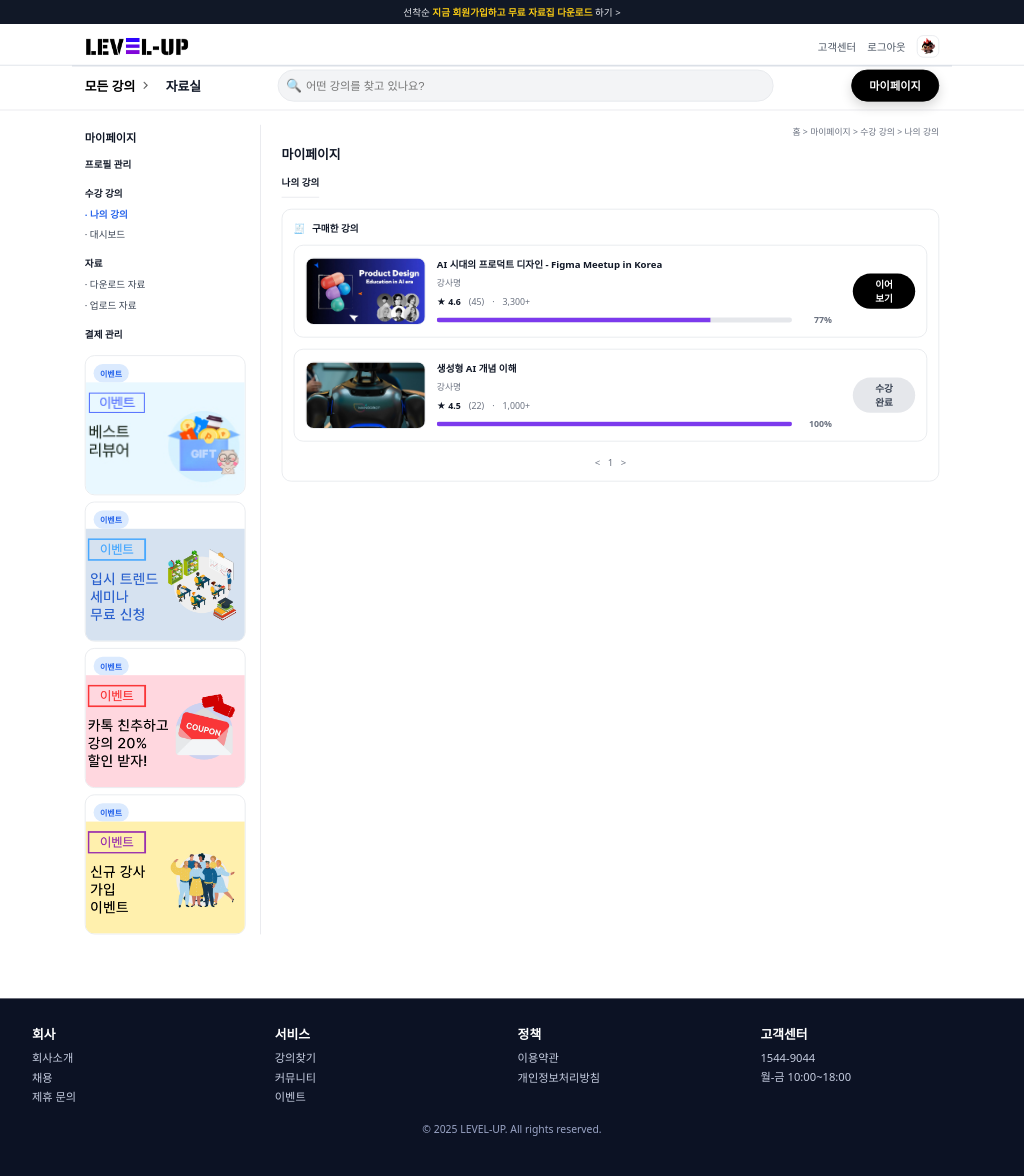
Repository: Iimchaehoon/level_up
Page: mypage.html
An editor plug-in stored every save of this project. The page is shown before and after the next save, followed by the edit.
The browser window is 1280 px wide. The pictures show the whole page, at 80% of full size.

Above is the page before, as saved 2025-12-16 23:20:49.

### mypage.html
<!doctype html>
<html lang="ko">
<head>
  <meta charset="UTF-8" />
  <meta name="viewport" content="width=device-width,initial-scale=1" />
  <title>마이페이지 | LEVEL-UP</title>

  <link rel="stylesheet" href="styles.css" />

  <style>
    :root{
      --gray-50:#f9fafb; --gray-100:#f3f4f6; --gray-200:#e5e7eb; --gray-300:#d1d5db;
      --gray-400:#9ca3af; --gray-500:#6b7280; --gray-600:#4b5563; --gray-700:#374151;
      --black:#111827; --primary:#2563eb;
    }
    *{ box-sizing:border-box; }
    body{ margin:0; font-family:"Noto Sans KR",system-ui,-apple-system,BlinkMacSystemFont,"Segoe UI",sans-serif; background:#fff; color:var(--black); }
    a{ color:inherit; text-decoration:none; }
    img{ max-width:100%; display:block; }
    button{ font-family:inherit; }

    /* ✅ 커서 */
    .brand,.nav-util,.menu-title,.profile-avatar,.mypage-btn{ cursor:pointer; }

    /* ───────── 상단 공지 ───────── */
    .topbar{ background:#111827; color:#e5e7eb; font-size:12px; text-align:center; padding:6px 16px; }
    .topbar strong{ color:#facc15; font-weight:600; }

    /* ───────── 헤더(네가 준 구조 그대로) ───────── */
    .header{ background:#fff; border-bottom:1px solid var(--gray-200); position:sticky; top:0; z-index:20; }
    .header-top{
      display:flex; align-items:center; justify-content:space-between;
      max-width:1100px; margin:0 auto; padding:8px 16px 4px;
    }
    .brand{ font-size:22px; font-weight:800; letter-spacing:-0.06em; }
    .brand__e{
      display:inline-block;
      background:linear-gradient(120deg,#7b5cff,#ff4bff);
      -webkit-background-clip:text; color:transparent;
    }
    .header-top__right{ display:flex; align-items:center; gap:14px; font-size:13px; }
    .nav-util{ color:var(--gray-600); }
    .profile-avatar{
      width:28px; height:28px; border-radius:8px; object-fit:cover; border:1px solid var(--gray-200);
    }

    .header-bottom{
      display:grid;
      grid-template-columns:auto minmax(260px,1fr) auto;
      align-items:center; gap:16px;
      max-width:1100px; margin:0 auto;
      padding:4px 16px 10px;
      border-top:1px solid rgba(148,163,184,.35);
    }
    .header-bottom__left{ display:flex; align-items:center; gap:16px; }
    .menu-title{
      background:none; border:none; padding:6px 0; font:inherit;
      font-weight:600; display:inline-flex; align-items:center; gap:4px;
    }
    .menu-title:hover{ color:var(--primary); }

    .header-bottom__center{ display:flex; justify-content:center; }
    .header-bottom__right{ display:flex; justify-content:flex-end; }

    .nav__search{ position:relative; max-width:620px; width:100%; }
    .nav__search input{
      width:100%;
      padding:11px 14px 11px 34px;
      border-radius:999px;
      border:1px solid var(--gray-200);
      background:var(--gray-100);
      font-size:14px;
    }
    .icon-search{
      position:absolute; left:10px; top:50%; transform:translateY(-50%);
      font-size:16px; color:var(--gray-600);
      cursor:default;
    }

    .menu-toggle-icon{
      width:18px; height:18px;
      background-image:url("./assets/Button_1.png");
      background-size:contain; background-repeat:no-repeat; background-position:center;
      transform:rotate(0deg);
      transform-origin:center;
      transition:transform .15s ease;
    }
    .menu-toggle-icon.open{ transform:rotate(90deg); }

    .btn{
      border-radius:12px;
      border:1px solid transparent;
      padding:10px 16px;
      font-weight:600;
      cursor:pointer;
      background:#fff;
      color:var(--black);
      transition:all .2s ease;
    }
    .btn.mypage-btn{
      border-radius:999px;
      background:#000;
      color:#fff;
      padding:9px 22px;
      font-size:14px;
      border:1px solid #000;
    }
/* ✅ 마이페이지 버튼: 은은한 입체감 + 자연스러운 hover/active */
.btn.mypage-btn{
  box-shadow: 0 6px 14px rgba(0,0,0,0.16);
  transition: background-color .18s ease, box-shadow .18s ease, transform .18s ease;
}

.btn.mypage-btn:hover{
  background: rgba(0,0,0,0.86);          /* 너무 밝게 안 바뀌게 */
  box-shadow: 0 8px 18px rgba(0,0,0,0.18);
  transform: translateY(-1px);           /* 아주 살짝만 */
}

.btn.mypage-btn:active{
  background: rgba(0,0,0,0.78);
  box-shadow: 0 4px 10px rgba(0,0,0,0.14);
  transform: translateY(1px);            /* 눌림 느낌 */
}
/* 마이페이지 버튼: 마우스 오버 시 포인터 */
.btn.mypage-btn{
  cursor: pointer;
}

    /* 드롭다운 */
    .nav-dropdown{
      display:none;
      position:absolute;
      top:0; left:0;
      background:#fff;
      border-radius:18px;
      box-shadow:0 20px 40px rgba(15,23,42,.18);
      padding:10px 0;
      min-width:260px;
      z-index:30;
    }
    .nav-dropdown__list{ list-style:none; margin:0; padding:0; }
    .nav-dropdown__item{
      display:flex; align-items:center; gap:10px;
      padding:8px 16px; font-size:14px; white-space:nowrap;
      cursor:pointer;
    }
    .nav-dropdown__item + .nav-dropdown__item{ border-top:1px solid var(--gray-200); }
    .nav-dropdown__item:hover{ background:var(--gray-50); }
    .nav-dropdown__icon{ width:22px; height:22px; object-fit:contain; }

    /* ───────── 마이페이지 레이아웃 ───────── */
    .mypage-wrap{
      max-width:1100px;
      margin:0 auto;
      padding:18px 16px 80px;
      display:grid;
      grid-template-columns:220px 1fr;
      gap:26px;
    }
    .side{ border-right:1px solid var(--gray-200); padding-right:18px; }
    .side__title{ font-size:14px; font-weight:900; margin:6px 0 14px; }
    .side__group{ margin-bottom:18px; }
    .side__group h4{ margin:0 0 8px; font-size:12px; font-weight:900; color:var(--black); }
    .side__links{ display:flex; flex-direction:column; gap:8px; font-size:12px; }
    .side__links a{ color:var(--gray-700); }
    .side__links a.active{ color:var(--primary); font-weight:900; }

    /* ✅ 광고(lecture/img5~img8) — 꽉 차게 */
    .side__cards    {
      margin-top: 5px;
      display: flex;
      flex-direction: column;
      gap: 8px;
    }

    .sidebar-events img {
      border-radius: 4px;
      cursor: pointer;
    }
    .evt{ border:1px solid var(--gray-200); border-radius:12px; overflow:hidden; background:#fff; }
    .evt__badge{
      display:inline-block;
      font-size:10px; font-weight:900;
      padding:4px 8px;
      background:#dbeafe; color:var(--primary);
      border-radius:999px;
      margin:10px 10px 0;
    }
    .evt img{
      width:100%;
      height:140px;         /* ✅ 캡처처럼 카드 높이 고정 */
      object-fit:cover;     /* ✅ 꽉 차게 */
      display:block;
    }

    .main__crumb{ font-size:11px; color:var(--gray-500); text-align:right; margin:0 0 8px; }
    .main__title{ font-size:16px; font-weight:900; margin:6px 0 14px; }
    .tab-title{
      font-size:12px; font-weight:900;
      margin:0 0 14px; padding-bottom:10px;
      border-bottom:1px solid var(--gray-200);
      width:fit-content;
    }
    .block{ border:1px solid var(--gray-200); border-radius:12px; padding:14px; background:#fff; }
    .block__head{ display:flex; align-items:center; gap:8px; font-size:12px; font-weight:900; margin-bottom:12px; }

    .course-list{ display:flex; flex-direction:column; gap:14px; }
    .course-card{
      border:1px solid var(--gray-200);
      border-radius:12px;
      padding:14px;
      display:grid;
      grid-template-columns:150px 1fr 90px;
      gap:14px;
      align-items:center;
      background:#fff;
    }
    .course-thumb{
      width:150px; height:84px;
      border-radius:10px; overflow:hidden;
      border:1px solid var(--gray-200);
      background:var(--gray-100);
    }
    .course-thumb img{ width:100%; height:100%; object-fit:cover; }
    .course-info .course-name{ font-size:12px; font-weight:900; margin:0 0 6px; }
    .course-info .teacher{ font-size:11px; color:var(--gray-500); margin:0 0 8px; }
    .meta-row{ display:flex; align-items:center; gap:10px; font-size:11px; color:var(--gray-500); margin-bottom:8px; }
    .stars{ color:var(--black); font-weight:900; }
    .progress-row{ display:flex; align-items:center; gap:10px; }
    .progress{ flex:1; height:6px; background:var(--gray-200); border-radius:999px; overflow:hidden; }
    .progress > span{ display:block; height:100%; background:#7c3aed; }
    .pct{ font-size:11px; color:var(--gray-500); width:40px; text-align:right; font-weight:900; }
    .course-action{ display:flex; justify-content:flex-end; }
    .btn-action{
      width:78px; height:44px;
      border-radius:999px; border:none;
      cursor:pointer; font-size:12px; font-weight:900;
    }
    .btn-action.black{ background:#000; color:#fff; }
    .btn-action.gray{ background:var(--gray-200); color:var(--gray-700); }
    .pager{ margin-top:18px; text-align:center; font-size:12px; color:var(--gray-500); user-select:none; }

    @media (max-width: 980px){
      .mypage-wrap{ grid-template-columns:1fr; }
      .side{ border-right:none; padding-right:0; }
      .course-card{ grid-template-columns:120px 1fr; grid-template-rows:auto auto; }
      .course-action{ grid-column:1 / -1; justify-content:flex-end; }
      .course-thumb{ width:120px; height:72px; }
    }
    /* ✅ 구매한 강의 카드: hover/active 효과 + 클릭 커서 */
.course-card{
  cursor: pointer;
  transition: transform .18s ease, box-shadow .18s ease, border-color .18s ease;
}
.course-card:hover{
  transform: translateY(-3px);
  box-shadow: 0 12px 24px rgba(15,23,42,.08);
  border-color: var(--gray-300);
}
.course-card:active{
  transform: translateY(-1px);
}

/* 카드 안 버튼은 카드 클릭과 분리 */
.course-card .btn-action{ cursor: pointer; }
/* 구매한 강의 카드: 기본 */
.course-card{
  cursor: pointer;
}

/* hover는 기존 유지 */

/* ✅ 클릭(active) 시 파란 아웃라인만 */
.course-card:active{
  outline: 2px solid var(--primary);
  outline-offset: -2px;
}
.footer {
  background: #0c1224;
  color: #c7cee1;
  padding: 32px 24px 50px;
}

.footer__links {
  max-width: 1200px;
  margin: 0 auto 18px;
  display: grid;
  grid-template-columns: repeat(auto-fit, minmax(180px, 1fr));
  gap: 14px;
}

.footer h4 {
  margin: 0 0 8px;
  color: #ffffff;
}

.footer a {
  display: block;
  margin: 4px 0;
  font-size: 14px;
}

.footer__copy {
  margin: 0;
  text-align: center;
  font-size: 13px;
  color: #9ca6c7;
}
  </style>
</head>

<body>
  <div class="topbar">
    선착순 <strong>지금 회원가입하고 무료 자료집 다운로드</strong> 하기 &gt;
  </div>

  <!-- ✅ 헤더: 네가 준 구조 그대로 -->
  <header class="header">
    <div class="header-top">
      <div class="header-top__left">
         <a href="index.html" class="brand" id="brandLogo">
  <img src="./assets/top_logo.png" alt="LEVEL-UP" width="130" height="40">
</a>

      </div>
      <div class="header-top__right header-top__right--authed">
        <span class="nav-util">고객센터</span>
        <span class="nav-util">로그아웃</span>
        <img class="profile-avatar" src="./assets/ddd_thumbnail.png" alt="프로필" />
      </div>
    </div>

    <div class="header-bottom">
      <div class="header-bottom__left">
        <button class="menu-title has-dropdown" id="allLecturesBtn" type="button">
          <span>모든 강의</span>
          <span class="menu-toggle-icon" id="menuToggleIcon" aria-hidden="true"></span>
        </button>
        <a class="menu-title" href="./board_free.html">자료실</a>
      </div>

      <div class="header-bottom__center">
        <div class="nav__search">
          <span class="icon-search">🔍</span>
          <input type="text" placeholder="어떤 강의를 찾고 있나요?" />
        </div>
      </div>

      <div class="header-bottom__right">
        <button class="btn mypage-btn" type="button" data-nav="mypage">마이페이지</button>
      </div>
    </div>

    <div class="nav-dropdown" id="navDropdown">
      <ul class="nav-dropdown__list">
        <li class="nav-dropdown__item js-go-ai-basic">
          <img src="./assets/9342101 1.png" alt="" class="nav-dropdown__icon" />
          <span>AI 기초 이해 · 리터러시</span>
        </li>
        <li class="nav-dropdown__item">
          <img src="./assets/9a04e59f-39b9-42de-9d05-d933becf10b4 1.png" alt="" class="nav-dropdown__icon" />
          <span>업무 효율 향상</span>
        </li>
        <li class="nav-dropdown__item">
          <img src="./assets/son-eul-jabgo-huinsaeg-baegyeong-3d-geulim-e-keullibbodeue-chekeuliseuteu-sincheongseo-munseo-jagseong (1) 1.png" alt="" class="nav-dropdown__icon" />
          <span>교육 자료 제작</span>
        </li>
        <li class="nav-dropdown__item">
          <img src="./assets/9731562 1.png" alt="" class="nav-dropdown__icon" />
          <span>원생 관리</span>
        </li>
        <li class="nav-dropdown__item">
          <img src="./assets/10316159 1.png" alt="" class="nav-dropdown__icon" />
          <span>상담 업무</span>
        </li>
        <li class="nav-dropdown__item">
          <img src="./assets/63624731-5ef5-4ba4-8c7f-82a551538336 1.png" alt="" class="nav-dropdown__icon" />
          <span>강의 기획 · 교육 설계</span>
        </li>
        <li class="nav-dropdown__item">
          <img src="./assets/9d016f34-375d-4ba7-8c87-c7b0c5c7740b 1.png" alt="" class="nav-dropdown__icon" />
          <span>강의 홍보 · 피드백</span>
        </li>
        <li class="nav-dropdown__item">
          <img src="./assets/04f8dee7-4018-491e-96a9-dbf9a50d942b 1.png" alt="" class="nav-dropdown__icon" />
          <span>자료 · 로고 디자인</span>
        </li>
        <li class="nav-dropdown__item">
          <img src="./assets/11591525 1.png" alt="" class="nav-dropdown__icon" />
          <span>창업 · 수익화</span>
        </li>
      </ul>
    </div>
  </header>

  <main class="mypage-wrap">
    <aside class="side">
      <div class="side__title">마이페이지</div>

      <div class="side__group"><h4>프로필 관리</h4></div>

      <div class="side__group">
        <h4>수강 강의</h4>
        <div class="side__links">
          <a href="#" class="active">· 나의 강의</a>
          <a href="#">· 대시보드</a>
        </div>
      </div>

      <div class="side__group">
        <h4>자료</h4>
        <div class="side__links">
          <a href="#">· 다운로드 자료</a>
          <a href="#">· 업로드 자료</a>
        </div>
      </div>

      <div class="side__group"><h4>결제 관리</h4></div>

      <!-- ✅ 광고: 네가 말한 lecture 폴더 기준(img5~img8) -->
      <div class="side__cards">
        <div class="evt"><span class="evt__badge">이벤트</span><img src="./lecture/img5.png" alt="이벤트 1" /></div>
        <div class="evt"><span class="evt__badge">이벤트</span><img src="./lecture/img6.png" alt="이벤트 2" /></div>
        <div class="evt"><span class="evt__badge">이벤트</span><img src="./lecture/img7.png" alt="이벤트 3" /></div>
        <div class="evt"><span class="evt__badge">이벤트</span><img src="./lecture/img8.png" alt="이벤트 4" /></div>
      </div>
    </aside>

    <section class="main">
      <div class="main__crumb">홈 &gt; 마이페이지 &gt; 수강 강의 &gt; 나의 강의</div>

      <div class="main__title">마이페이지</div>
      <div class="tab-title">나의 강의</div>

      <div class="block">
        <div class="block__head"><span aria-hidden="true">🧾</span> 구매한 강의</div>

        <div class="course-list">
          <div class="course-card">
            <div class="course-thumb"><img src="./my/334312.gif.mp4.png" alt="강의 썸네일" /></div>
            <div class="course-info">
              <p class="course-name">AI 시대의 프로덕트 디자인 - Figma Meetup in Korea</p>
              <p class="teacher">강사명</p>
              <div class="meta-row"><span class="stars">★ 4.6</span><span>(45)</span><span>·</span><span>3,300+</span></div>
              <div class="progress-row">
                <div class="progress"><span style="width:77%"></span></div>
                <div class="pct">77%</div>
              </div>
            </div>
            <div class="course-action"><button class="btn-action black" type="button">이어<br/>보기</button></div>
          </div>

          <div class="course-card">
            <div class="course-thumb"><img src="./my/생성형 AI 개념 이해.png" alt="강의 썸네일" /></div>
            <div class="course-info">
              <p class="course-name">생성형 AI 개념 이해</p>
              <p class="teacher">강사명</p>
              <div class="meta-row"><span class="stars">★ 4.5</span><span>(22)</span><span>·</span><span>1,000+</span></div>
              <div class="progress-row">
                <div class="progress"><span style="width:100%"></span></div>
                <div class="pct">100%</div>
              </div>
            </div>
            <div class="course-action"><button class="btn-action gray" type="button">수강<br/>완료</button></div>
          </div>
        </div>

        <div class="pager">&lt; &nbsp; 1 &nbsp; &gt;</div>
      </div>
    </section>
  </main>
<footer class="footer">
    <div class="footer__links">
      <div>
        <h4>회사</h4>
        <a href="#">회사소개</a>
        <a href="#">채용</a>
        <a href="#">제휴 문의</a>
      </div>
      <div>
        <h4>서비스</h4>
        <a href="#">강의찾기</a>
        <a href="#">커뮤니티</a>
        <a href="#">이벤트</a>
      </div>
      <div>
        <h4>정책</h4>
        <a href="#">이용약관</a>
        <a href="#">개인정보처리방침</a>
      </div>
      <div>
        <h4>고객센터</h4>
        <a href="tel:1544-9044">1544-9044</a>
        <a href="#">월-금 10:00~18:00</a>
      </div>
    </div>
    <p class="footer__copy">© 2025 LEVEL-UP. All rights reserved.</p>
  </footer>

  <script defer src="./js/nav.js"></script>
  <script>
    // ✅ 마이페이지 버튼 공통 이동
    document.addEventListener("click", (e) => {
      const btn = e.target.closest('[data-nav="mypage"]');
      if (!btn) return;
      window.location.href = "mypage.html";
    });

    // ✅ "모든 강의" 드롭다운
    const allLecturesBtn = document.getElementById("allLecturesBtn");
    const navDropdown = document.getElementById("navDropdown");
    const menuToggleIcon = document.getElementById("menuToggleIcon");
    let open = false;

    allLecturesBtn?.addEventListener("click", (e) => {
      e.stopPropagation();
      open = !open;
      navDropdown.style.display = open ? "block" : "none";
      menuToggleIcon.classList.toggle("open", open);

      // 헤더 아래줄 기준으로 드롭다운 위치 맞춤
      const rect = allLecturesBtn.getBoundingClientRect();
      navDropdown.style.top = (rect.bottom + window.scrollY + 6) + "px";
      navDropdown.style.left = (rect.left + window.scrollX) + "px";
    });

    document.addEventListener("click", (e) => {
      if (!open) return;
      if (!navDropdown.contains(e.target) && !allLecturesBtn.contains(e.target)) {
        open = false;
        navDropdown.style.display = "none";
        menuToggleIcon.classList.remove("open");
      }
    });
    document.querySelector(".js-go-ai-basic")?.addEventListener("click", () => {
  window.location.href = "lecture_ai_basic.html";
});
// ✅ 구매한 강의 카드 클릭 → 나의강의 페이지로 이동
// (원하는 파일명으로 바꿔: my_lecture.html / mycourse.html 등)
const MY_LECTURE_URL = "./my_lecture.html";

document.querySelectorAll(".course-card").forEach((card) => {
  card.addEventListener("click", () => {
    window.location.href = MY_LECTURE_URL;
  });
});

// ✅ 카드 안 버튼(이어보기/수강완료) 눌렀을 때도 동일 이동(원하면 제거 가능)
document.querySelectorAll(".course-card .btn-action").forEach((btn) => {
  btn.addEventListener("click", (e) => {
    e.stopPropagation();
    window.location.href = MY_LECTURE_URL;
  });
});

  </script>
</body>
</html>

Loaded but not shown: js/nav.js (8 lines, source omitted); styles.css (3355 lines, source omitted)

After the next save:
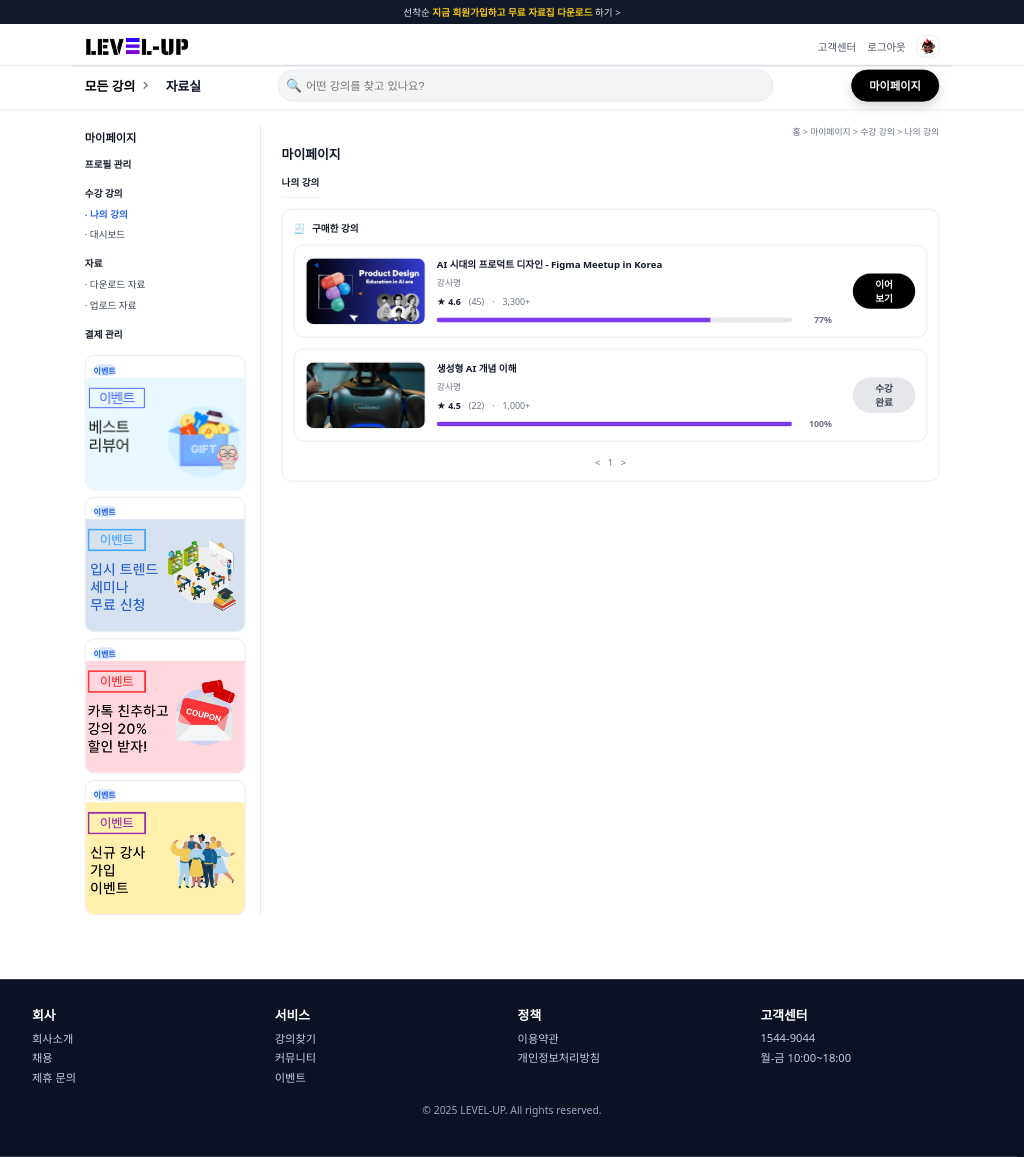
Saved 34 s later.
--- a/mypage.html
+++ b/mypage.html
@@ -182,7 +182,6 @@
     .evt__badge{
       display:inline-block;
       font-size:10px; font-weight:900;
-      padding:4px 8px;
       background:#dbeafe; color:var(--primary);
       border-radius:999px;
       margin:10px 10px 0;
